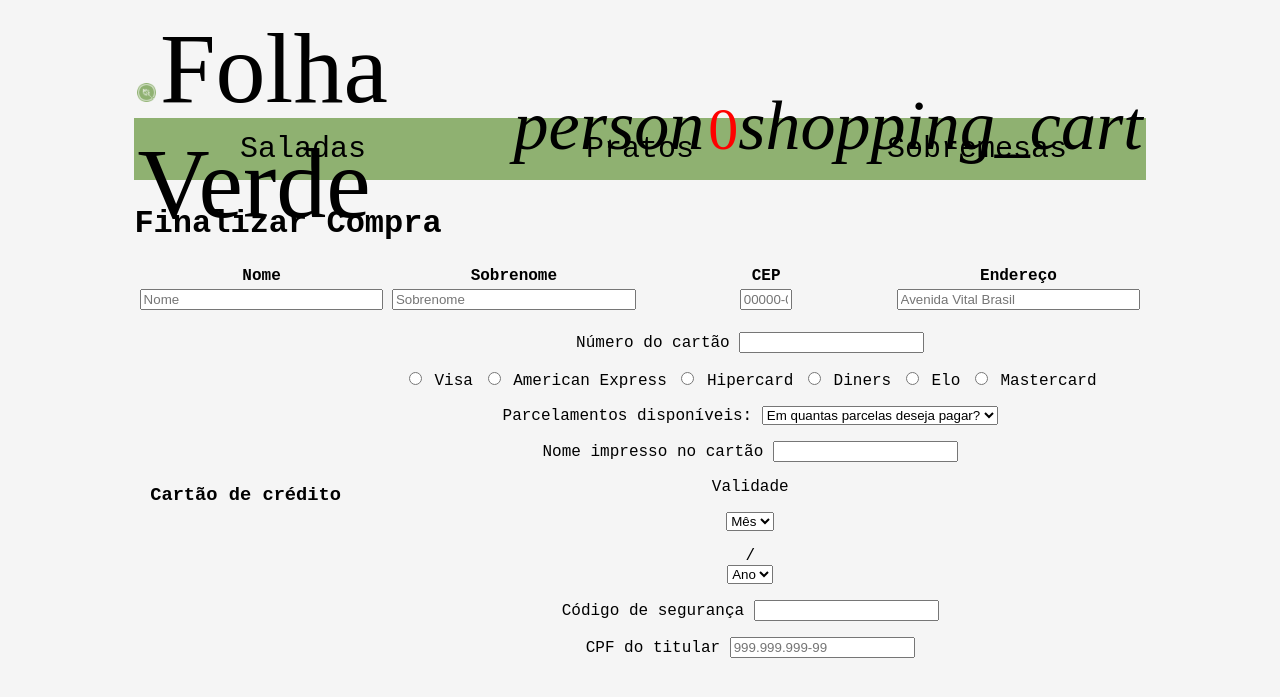
Repository: maaelphd/FolhaVerde
Page: http://localhost/FolhaVerde/Payment.jsp
The author's editor kept a copy of each file at every save. The page is drawn from the files as they stood at one save, then again after the next save.
The browser window is 1280 px wide. The pictures show the whole page.
Some web fonts or font styles are not loaded; a fallback is used. The page is served by Tomcat 9.

Above is the page before, as saved 2018-06-04 02:25:11.

After the next save:
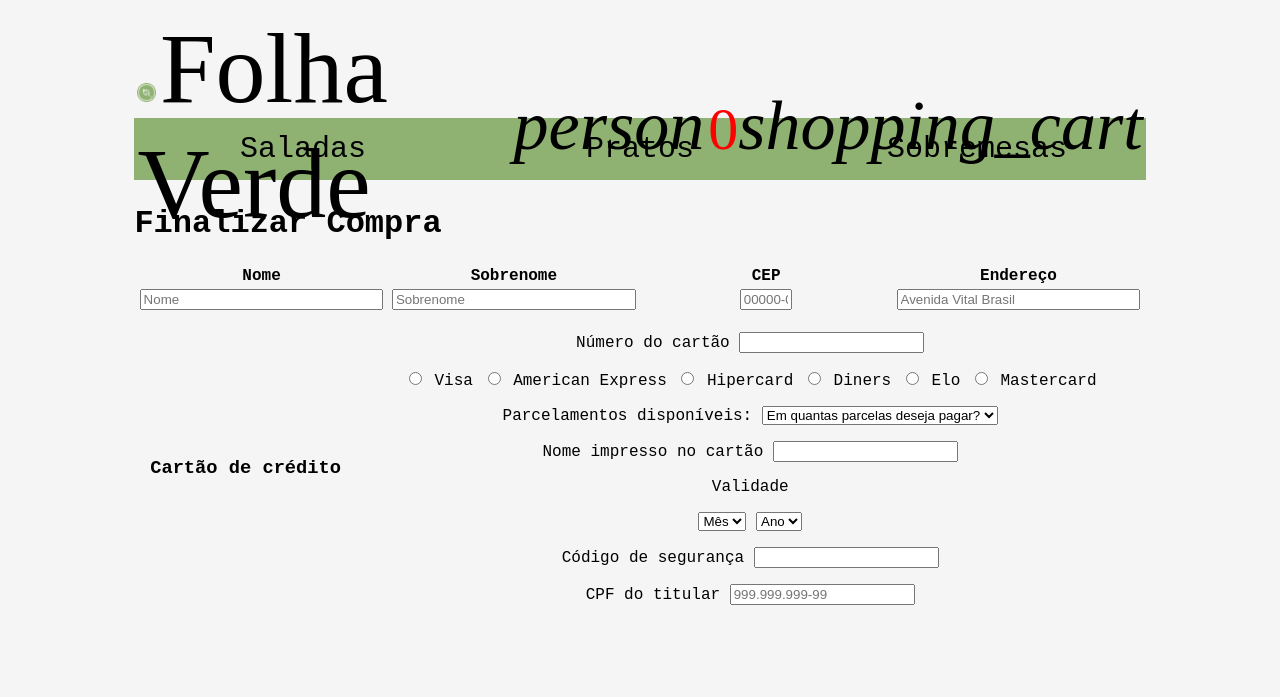
Saved 28 s later.
--- a/FolhaVerde/WebContent/Payment.jsp
+++ b/FolhaVerde/WebContent/Payment.jsp
@@ -131,8 +131,7 @@
 												<option value="12">12</option>
 											</select>
 
-																					<div class="payment-card-lash">/</div>
-										<div class="payment-card-due-year input text required">
+
 											<select class="input-mini " id="creditCardpayment-card-0Year" name="cardExpirationYear">
 												<option value="">Ano</option>
 												<option value="18">18</option>
@@ -159,7 +158,7 @@
 												<option value="39">39</option>
 												<option value="40">40</option>
 											</select>
-										</div>
+
 										</p>
 									</div>
 								</div>
